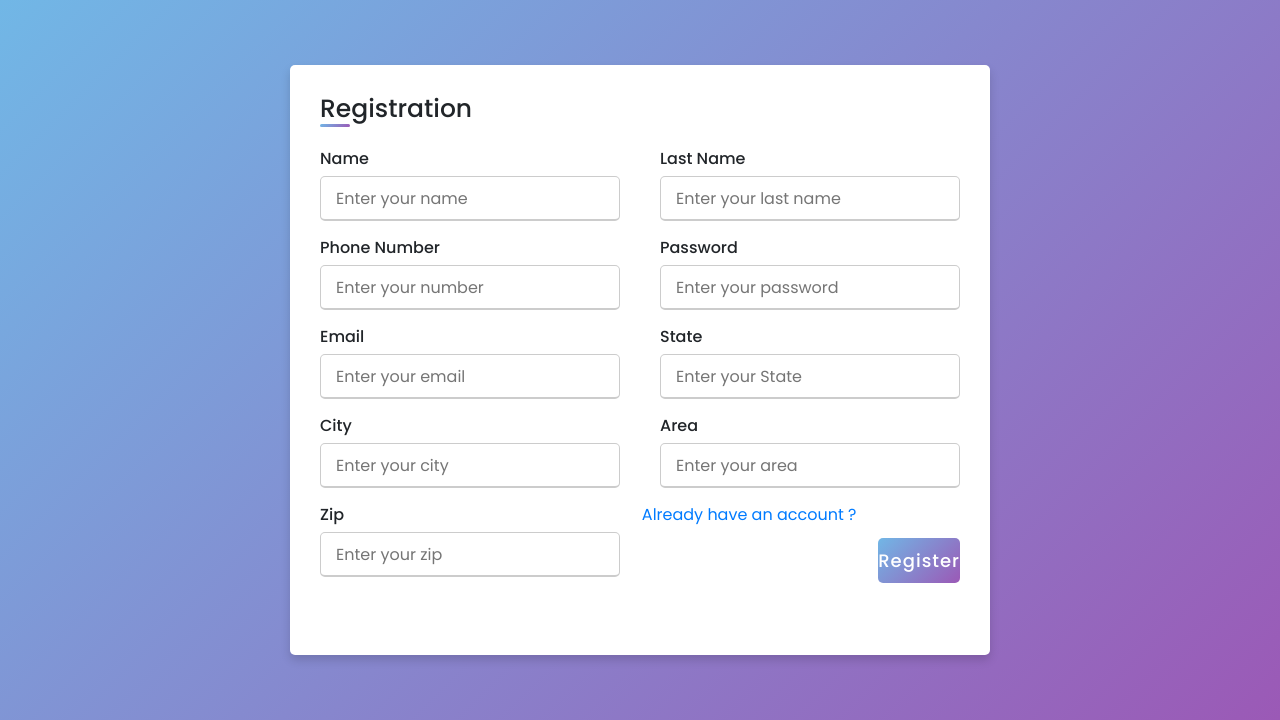
Repository: shailesh89-art/E-tutor-springboot-hibernate
Page: http://localhost/TUTOR_INVENTOR_1/pages/reg_parent.jsp
An editor plug-in stored every save of this project. The page is shown before and after the next save, followed by the edit.
The browser window is 1280 px wide. The pictures show the whole page.
Some web libraries are served in a nearby version. The page is served by Tomcat 9. Other server files are loaded and not shown.

Above is the page before, as saved 2023-05-02 05:55:21.

### TUTOR_INVENTOR_1/src/main/webapp/pages/reg_parent.jsp
<%@ page language="java" contentType="text/html; charset=ISO-8859-1"
    pageEncoding="ISO-8859-1"%>
<!DOCTYPE html>
<html lang="en">
<head>
  <meta charset="UTF-8">
  <meta http-equiv="X-UA-Compatible" content="IE=edge">
  <meta name="viewport" content="width=device-width, initial-scale=1.0">
  <title>Parent Register</title>
  <link rel="stylesheet" href="https://cdnjs.cloudflare.com/ajax/libs/font-awesome/4.7.0/css/font-awesome.min.css">
  <script src="https://code.jquery.com/jquery-3.2.1.slim.min.js" integrity="sha384-KJ3o2DKtIkvYIK3UENzmM7KCkRr/rE9/Qpg6aAZGJwFDMVNA/GpGFF93hXpG5KkN" crossorigin="anonymous"></script>
  <script src="https://cdn.jsdelivr.net/npm/popper.js@1.12.9/dist/umd/popper.min.js" integrity="sha384-ApNbgh9B+Y1QKtv3Rn7W3mgPxhU9K/ScQsAP7hUibX39j7fakFPskvXusvfa0b4Q" crossorigin="anonymous"></script>
  <script src="https://cdn.jsdelivr.net/npm/bootstrap@4.0.0/dist/js/bootstrap.min.js" integrity="sha384-JZR6Spejh4U02d8jOt6vLEHfe/JQGiRRSQQxSfFWpi1MquVdAyjUar5+76PVCmYl" crossorigin="anonymous"></script>
  <link rel="stylesheet" href="https://cdn.jsdelivr.net/npm/bootstrap@4.0.0/dist/css/bootstrap.min.css" integrity="sha384-Gn5384xqQ1aoWXA+058RXPxPg6fy4IWvTNh0E263XmFcJlSAwiGgFAW/dAiS6JXm" crossorigin="anonymous">


  <style>


    @import url('https://fonts.googleapis.com/css2?family=Poppins:wght@200;300;400;500;600;700&display=swap');
    *{
      margin: 0;
      padding: 0;
      box-sizing: border-box;
      font-family: 'Poppins',sans-serif;
    }
    body{
      height: 100vh;
      display: flex;
      justify-content: center;
      align-items: center;
      padding: 10px;
      background: linear-gradient(135deg, #71b7e6, #9b59b6);
    }
    .container{
      max-width: 700px;
      width: 100%;
      background-color: #fff;
      padding: 25px 30px;
      border-radius: 5px;
      box-shadow: 0 5px 10px rgba(0,0,0,0.15);
    }
    .container .title{
      font-size: 25px;
      font-weight: 500;
      position: relative;
    }
    .container .title::before{
      content: "";
      position: absolute;
      left: 0;
      bottom: 0;
      height: 3px;
      width: 30px;
      border-radius: 5px;
      background: linear-gradient(135deg, #71b7e6, #9b59b6);
    }
    .content form .user-details{
      display: flex;
      flex-wrap: wrap;
      justify-content: space-between;
      margin: 20px 0 12px 0;
    }
    form .user-details .input-box{
      margin-bottom: 15px;
      width: calc(100% / 2 - 20px);
    }
    form .input-box span.details{
      display: block;
      font-weight: 500;
      margin-bottom: 5px;
    }
    .user-details .input-box input{
      height: 45px;
      width: 100%;
      outline: none;
      font-size: 16px;
      border-radius: 5px;
      padding-left: 15px;
      border: 1px solid #ccc;
      border-bottom-width: 2px;
      transition: all 0.3s ease;
    }
    .user-details .input-box input:focus,
    .user-details .input-box input:valid{
      border-color: #9b59b6;
    }
     form .gender-details .gender-title{
      font-size: 20px;
      font-weight: 500;
     }
     form .category{
       display: flex;
       width: 80%;
       margin: 14px 0 ;
       justify-content: space-between;
     }
     form .category label{
       display: flex;
       align-items: center;
       cursor: pointer;
     }
     form .category label .dot{
      height: 18px;
      width: 18px;
      border-radius: 50%;
      margin-right: 10px;
      background: #d9d9d9;
      border: 5px solid transparent;
      transition: all 0.3s ease;
    }
     #dot-1:checked ~ .category label .one,
     #dot-2:checked ~ .category label .two,
     #dot-3:checked ~ .category label .three{
       background: #9b59b6;
       border-color: #d9d9d9;
     }
     form input[type="radio"]{
       display: none;
     }
     form .button{
       height: 45px;
       margin: 35px 0
     }
     form .button input{
       height: 100%;
       width: 100%;
       border-radius: 5px;
       border: none;
       color: #fff;
       font-size: 18px;
       font-weight: 500;
       letter-spacing: 1px;
       cursor: pointer;
       transition: all 0.3s ease;
       background: linear-gradient(135deg, #71b7e6, #9b59b6);
     }
     form .button input:hover{
      /* transform: scale(0.99); */
      background: linear-gradient(-135deg, #71b7e6, #9b59b6);
      }
     @media(max-width: 584px){
     .container{
      max-width: 100%;
    }
    form .user-details .input-box{
        margin-bottom: 15px;
        width: 100%;
      }
      form .category{
        width: 100%;
      }
      .content form .user-details{
        max-height: 300px;
        overflow-y: scroll;
      }
      .user-details::-webkit-scrollbar{
        width: 5px;
      }
      }
      @media(max-width: 459px){
      .container .content .category{
        flex-direction: column;
      }
    }

  </style>
</head>
<body>

  <body>
    <div class="container">
      <div class="title">Registration</div>
      <div class="content">
        <form action="reg" method="post">
          <div class="user-details">
            <div class="input-box">
              <span class="details"> Name</span>
              <input type="text" placeholder="Enter your name" name="fname" required>
            </div>
            <div class="input-box">
              <span class="details">Last Name</span>
              <input type="text" placeholder="Enter your last name" name="lname"  required>
            </div>
            <div class="input-box">
              <span class="details">Phone Number</span>
              <input type="text" placeholder="Enter your number" name="contact"  required>
            </div>

            <div class="input-box">
              <span class="details">Password</span>
              <input type="text" placeholder="Enter your password"  name="pass" required>
            </div>
            <div class="input-box">
              <span class="details">Email</span>
              <input type="text" placeholder="Enter your email" name="email" required>
            </div>
            <div class="input-box">
              <span class="details">State</span>
              <input type="text" placeholder="Enter your State" name="state" required>
            </div>
            <div class="input-box">
              <span class="details">City</span>
              <input type="text" placeholder="Enter your city" name="city" required>
            </div>
            <div class="input-box">
              <span class="details">Area</span>
              <input type="text" placeholder="Enter your area" name="area" required>
            </div>
            <div class="input-box">
              <span class="details">Zip</span>
              <input type="text" placeholder="Enter your zip" name="zip" required>
            </div>

            <a class="link" href="/login_parent" style="text-decoration: none;">Already have an account ?</a>
          <div class="button">
            <input type="submit" value="Register">
          </div>
          </div>
        </form>
      </div>
    </div>

  </body>
  </html>

After the next save:
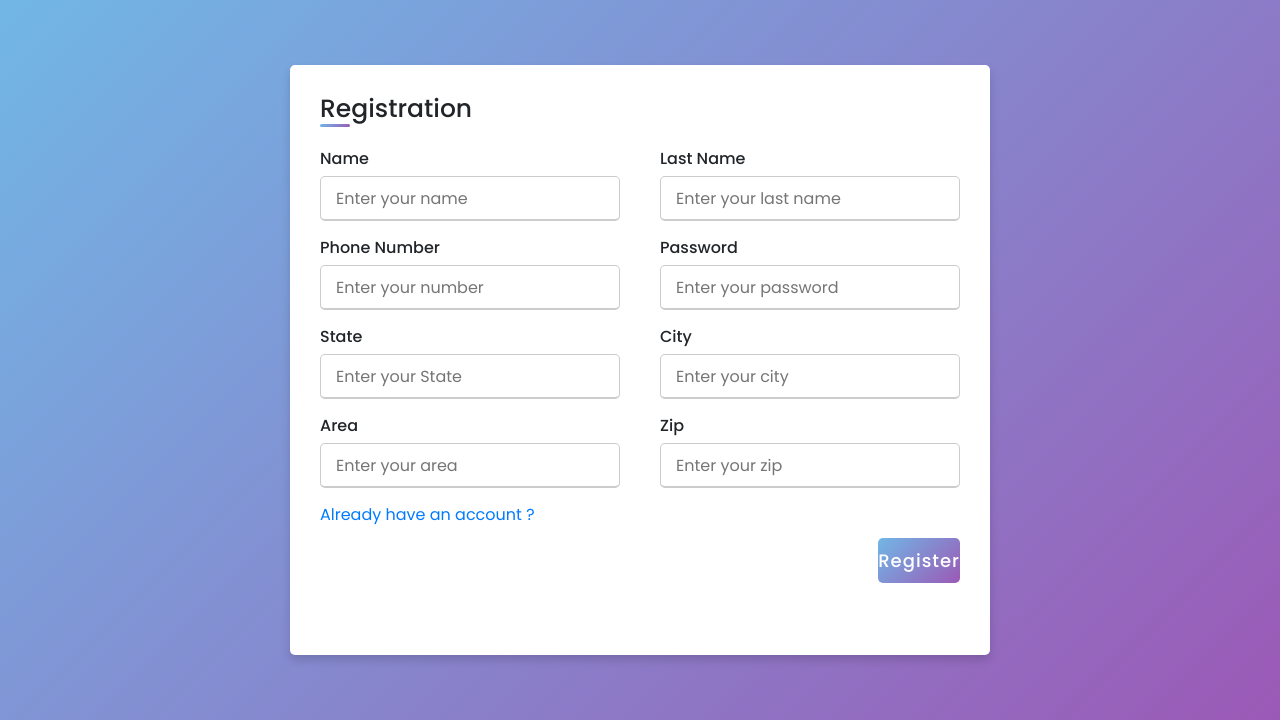
Saved 11 s later.
--- a/TUTOR_INVENTOR_1/src/main/webapp/pages/reg_parent.jsp
+++ b/TUTOR_INVENTOR_1/src/main/webapp/pages/reg_parent.jsp
@@ -1,5 +1,7 @@
 <%@ page language="java" contentType="text/html; charset=ISO-8859-1"
     pageEncoding="ISO-8859-1"%>
+    <%@ taglib prefix="c" uri="http://java.sun.com/jsp/jstl/core" %>
+
 <!DOCTYPE html>
 <html lang="en">
 <head>
@@ -191,10 +193,13 @@
               <span class="details">Password</span>
               <input type="text" placeholder="Enter your password"  name="pass" required>
             </div>
+
+            <c:if test="${not empty errorMessage}">
             <div class="input-box">
               <span class="details">Email</span>
-              <input type="text" placeholder="Enter your email" name="email" required>
-            </div>
+              <input type="text" placeholder="Enter your email" name="email" value="${errorMessage}" required>
+            </div>
+            </c:if>
             <div class="input-box">
               <span class="details">State</span>
               <input type="text" placeholder="Enter your State" name="state" required>

After the save that followed:
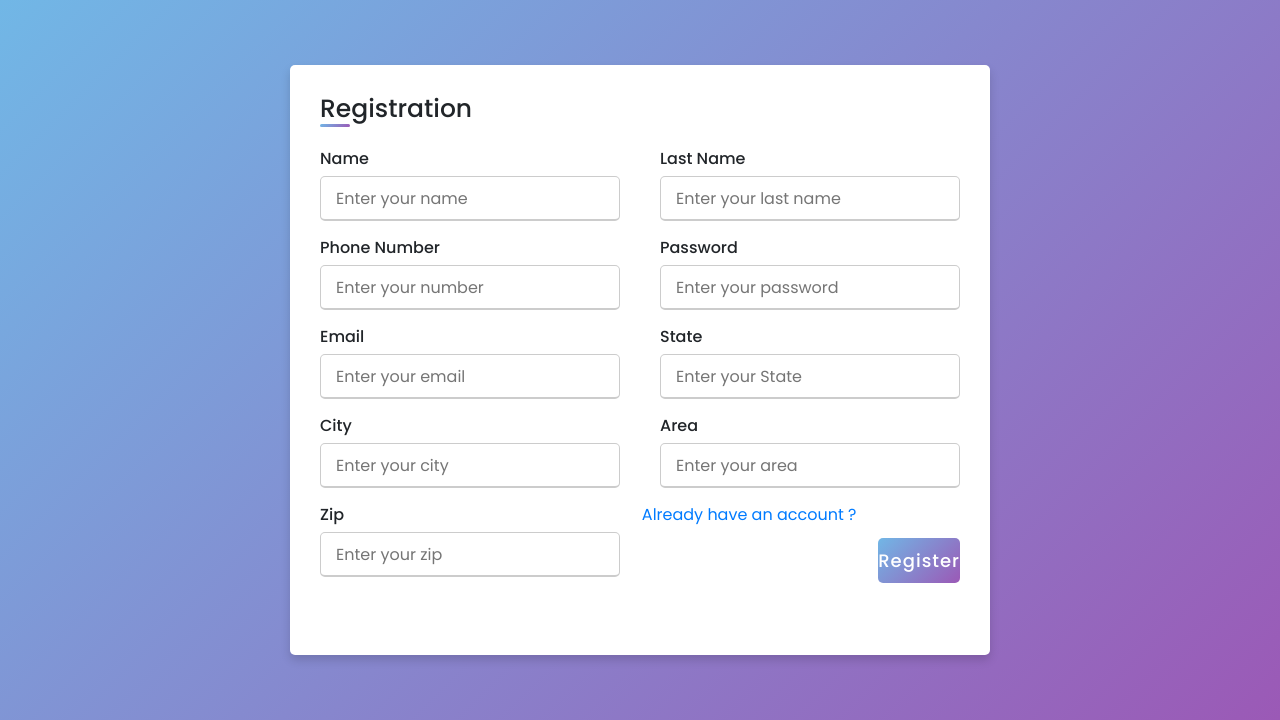
Saved 89 s later.
--- a/TUTOR_INVENTOR_1/src/main/webapp/pages/reg_parent.jsp
+++ b/TUTOR_INVENTOR_1/src/main/webapp/pages/reg_parent.jsp
@@ -1,7 +1,5 @@
 <%@ page language="java" contentType="text/html; charset=ISO-8859-1"
     pageEncoding="ISO-8859-1"%>
-    <%@ taglib prefix="c" uri="http://java.sun.com/jsp/jstl/core" %>
-
 <!DOCTYPE html>
 <html lang="en">
 <head>
@@ -194,12 +192,11 @@
               <input type="text" placeholder="Enter your password"  name="pass" required>
             </div>
 
-            <c:if test="${not empty errorMessage}">
+
             <div class="input-box">
               <span class="details">Email</span>
-              <input type="text" placeholder="Enter your email" name="email" value="${errorMessage}" required>
-            </div>
-            </c:if>
+              <input type="text" placeholder="Enter your email" name="email"  required>
+            </div>
             <div class="input-box">
               <span class="details">State</span>
               <input type="text" placeholder="Enter your State" name="state" required>
